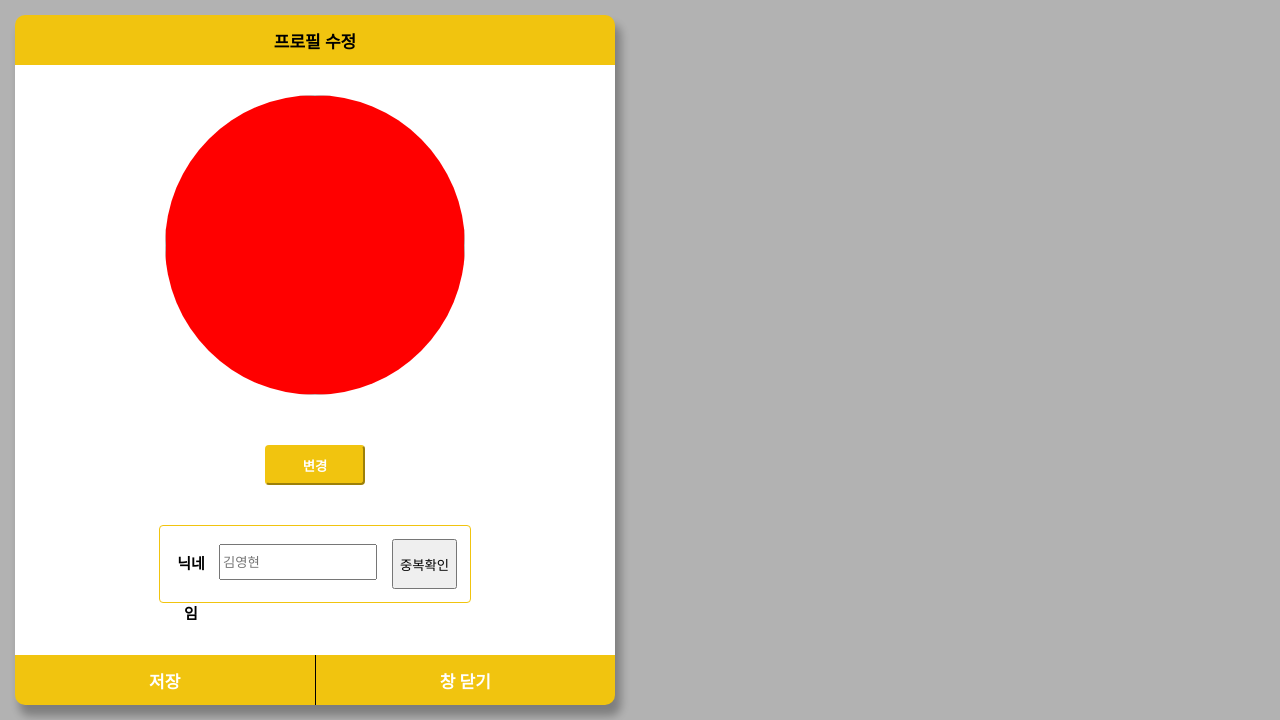
Repository: Corn-Market/Front-end
Page: http://localhost/CornMarket/resources/views/popup_profile_update.jsp
An editor plug-in stored every save of this project. The page is shown before and after the next save, followed by the edit.
The browser window is 1280 px wide. The pictures show the whole page.
The page is served by Tomcat 9. Other server files are loaded and not shown.

Above is the page before, as saved 2022-12-19 06:28:23.

### CornMarket/src/main/webapp/resources/views/popup_profile_update.jsp
<%@ page language="java" contentType="text/html; charset=UTF-8"
    pageEncoding="UTF-8"%>
<%@ taglib uri="http://java.sun.com/jsp/jstl/core" prefix="c" %>
<c:set var="path" value="${pageContext.request.contextPath}"/>
<!DOCTYPE html>
<html>
<head>
<meta charset="EUC-KR">
<title>Insert title here</title>
<link rel="stylesheet" href="${path}/resources/css/popup_update.css"/>
<script src="https://ajax.googleapis.com/ajax/libs/jquery/3.5.1/jquery.min.js"></script><script src="https://ajax.googleapis.com/ajax/libs/jquery/3.5.1/jquery.min.js"></script>
</head>
<body>
	<div class="container">
        <div class="popup-wrap" id="popup">
          <div class="popup">
            <div class="popup-head">
                <span class="head-title">프로필 수정</span>
            </div>
            <div class="popup-body">
              <div class="body-content">
                <div class="body-titlebox">
                	<div class="update_first">
            			<img>
            			<input type="button" value="변경" onclick="change_img()">
        			</div>
                </div>
                <div class="body-contentbox">
                	 <div class="update_second">
			            <div class="up_main">
			                <div class="up_title">닉네임</div>
			                <input type="text" placeholder="김영현" class="update_nickname">
			                <input type="button" value="중복확인" class="double_check">
			            </div>
			        </div>
                </div>
              </div>
            </div>
            <div class="popup-foot">
              <span class="pop-btn confirm" id="confirm" onclick="">저장</span>
              <span class="pop-btn close" id="close" onclick="">창 닫기</span>
            </div>
          </div>
         </div>
    </div>
</body>
</html>

### CornMarket/src/main/webapp/resources/css/popup_update.css
.popup-wrap{
    background-color:rgba(0,0,0,.3);
    justify-content:center;
    align-items:center;
    position:fixed;
    top:0;
    left:0;
    right:0;
    bottom:0;
    padding:15px;

  }

  .popup{
    width:1000px;
    max-width:600px;
    border-radius:10px;
    overflow:hidden;
    background-color:rgb(241, 196, 15);
    font-size: 17px;
    font-weight: bold;
    box-shadow: 5px 10px 10px 1px rgba(0,0,0,.3);
  }

  .popup-head{
    width:100%;
    height:50px;
    display:flex;
    align-items:center;
    justify-content:center;
  }

  .popup-body{
    background-color:#ffffff;
  }
  .body-content{
    padding:20px;
  }
  .body-titlebox{
    text-align:center;
    width:500px;
    height:350px;
    margin:10px auto;
  }

  .update_first img{
    width:300px;
    height:300px;
    border-radius: 50%;
    background-color: red;
    margin:0px auto;
    display: block;
}

.update_first input{
    width:100px;
    height:40px;
    margin:50px auto;
    border-radius: 4px;
    border-color: rgb(241, 196, 15);
    background-color: rgb(241, 196, 15);
    color: rgb(255, 255, 255);
    font-weight: bold;
    display: block;
}

  .body-contentbox{
  	width:360px;
  	height:100px;
    margin:10px auto;
    margin-top:30px;
  }

  .update_second{
    width:300px;
    margin:80px auto;
    padding:5px;
    border:0.3px solid rgb(241, 196, 15);
    border-radius: 4px;
}

.up_title{
    width:150px;
    height:50px;
    border-radius: 4px;
    font-size: 15px;
    font-weight: bold;
    text-align: center;
    line-height: 50px;
}

.update_nickname{
    width:150px;
    height:30px;
    margin-top: 5px;
    margin-right: 15px;
    margin-left: 10px;
}

.up_main{
    display:flex;
    height:50px;
    padding:8px;
}

  .popup-foot{
    width:100%;
    height:50px;
    display: flex;
  }

  .pop-btn{
    display:inline-flex;
    width:50%;
    height:100%;
    justify-content:center;
    align-items:center;
    float:left;
    color:rgb(255, 255, 255);
    cursor:pointer;
  }
  .pop-btn.confirm{
    border-right:1px solid black;
  }

  .search_btn{
  	 width:100px;
      height:40px;
      border-radius: 4px;
      border-color: rgb(241, 196, 15);
      background-color: rgb(241, 196, 15);
      color: rgb(255, 255, 255);
      font-weight: bold;
      display: block;
      margin:20px auto;
  }

  .body_contentbox h3{
  		text-align:center;
  }

After the next save:
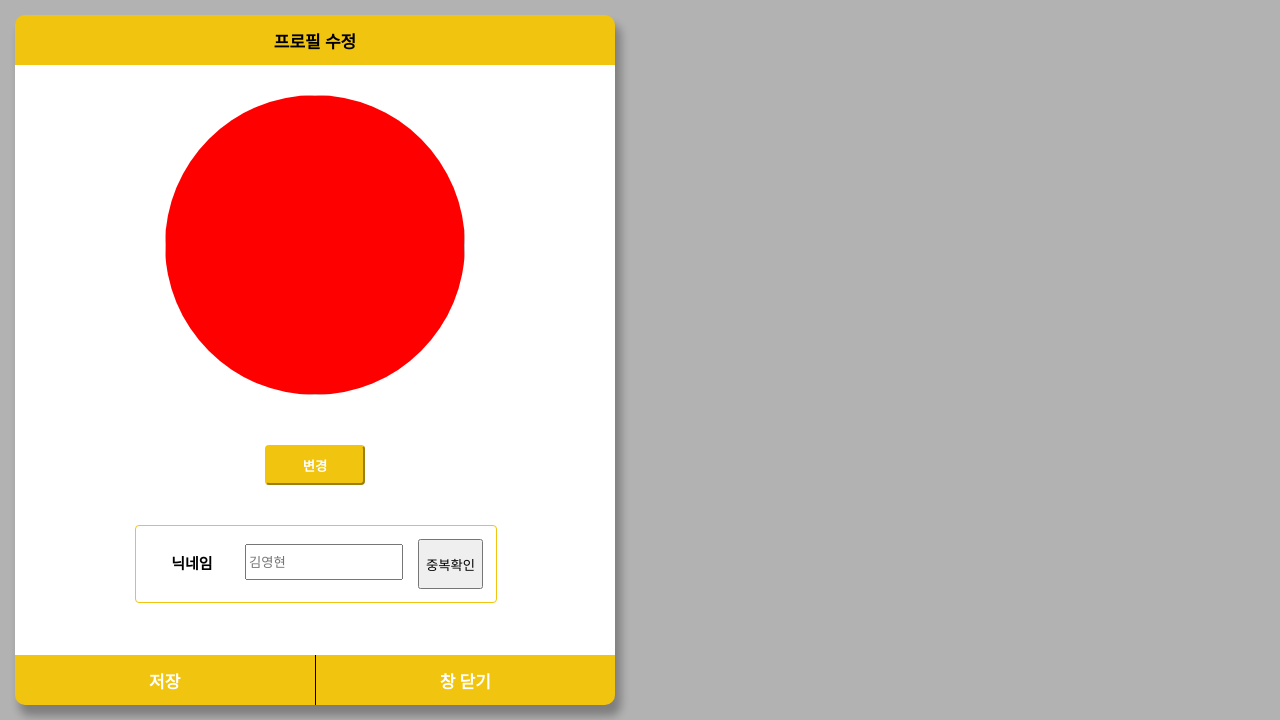
Saved 11 s later.
--- a/CornMarket/src/main/webapp/resources/css/popup_update.css
+++ b/CornMarket/src/main/webapp/resources/css/popup_update.css
@@ -72,7 +72,7 @@
   }
 
   .update_second{
-    width:300px;
+    width:350px;
     margin:80px auto;
     padding:5px;
     border:0.3px solid rgb(241, 196, 15);
